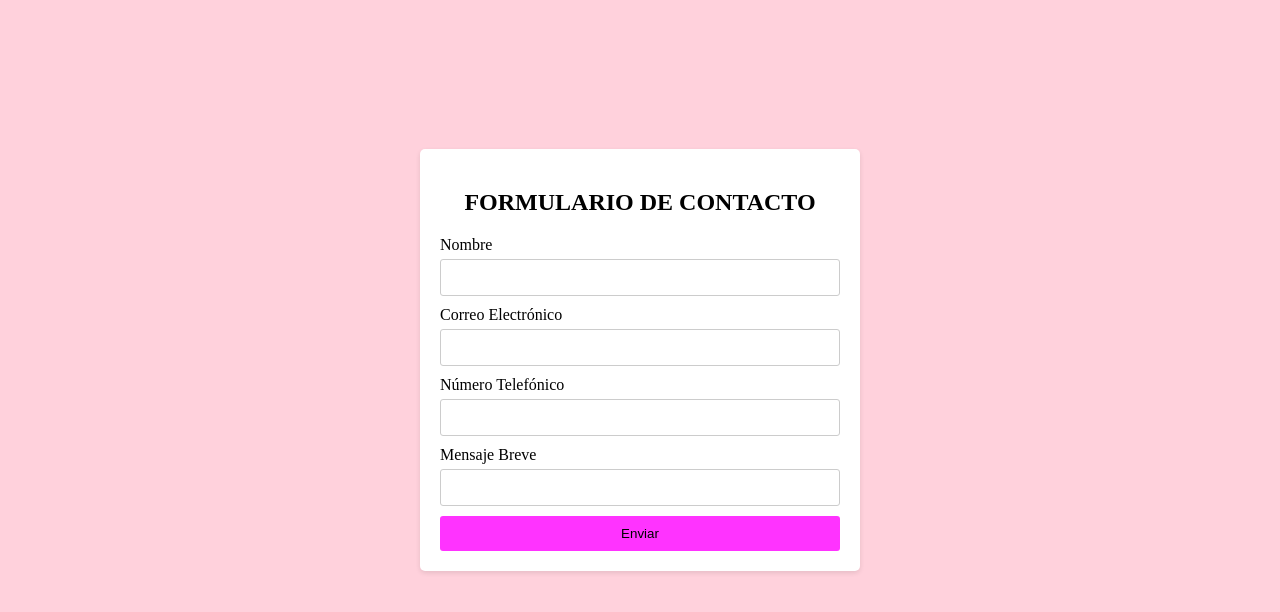
Repository: UVMCoyoacan/InnovaWeb
Page: indexformu.html
These files come from the project's save history. The page is drawn as it stood at one moment and after the next save; the edit follows.
The browser window is 1280 px wide. The pictures show the whole page.

Above is the page before, as saved 2024-03-01 13:12:46.

After the next save:
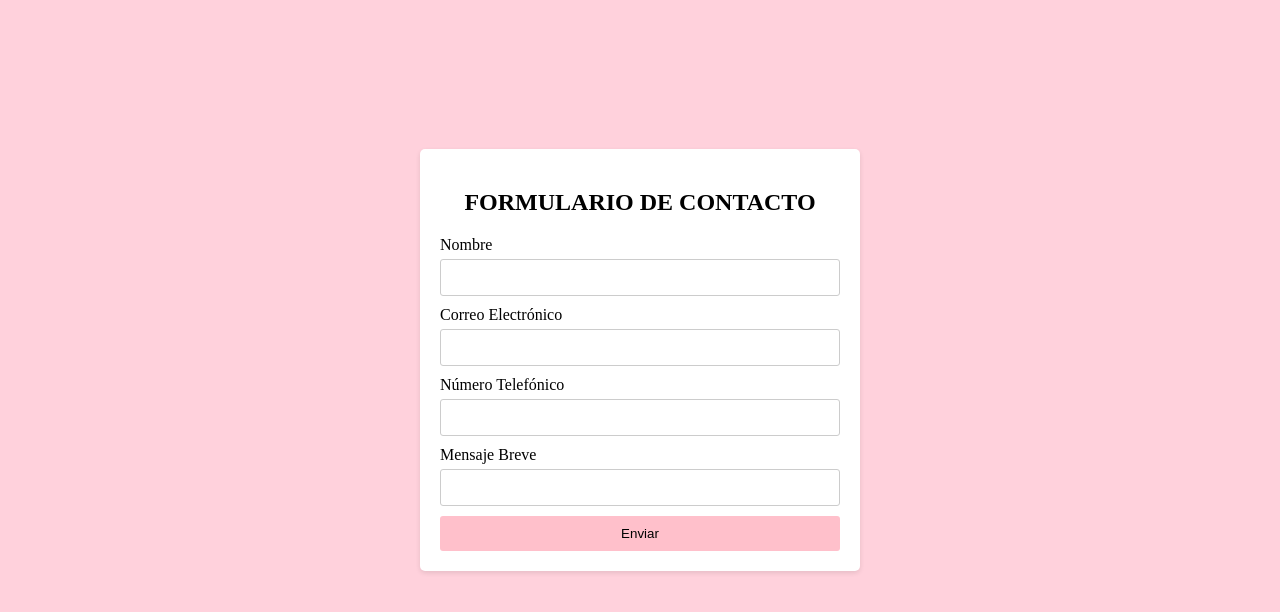
Saved 33 s later.
--- a/indexformu.html
+++ b/indexformu.html
@@ -40,7 +40,7 @@
             box-sizing: border-box;
         }
         input[type="submit"] {
-            background-color: #FF33FF;
+            background-color: pink;
             color: black;
             border: 1vmin, black;
             padding: 10px 20px;
@@ -50,7 +50,7 @@
             display: block;
         }
         input[type="submit"]:hover {
-            background-color: #FF33FF;
+            background-color: pink;
         }
     </style>
 </head>
